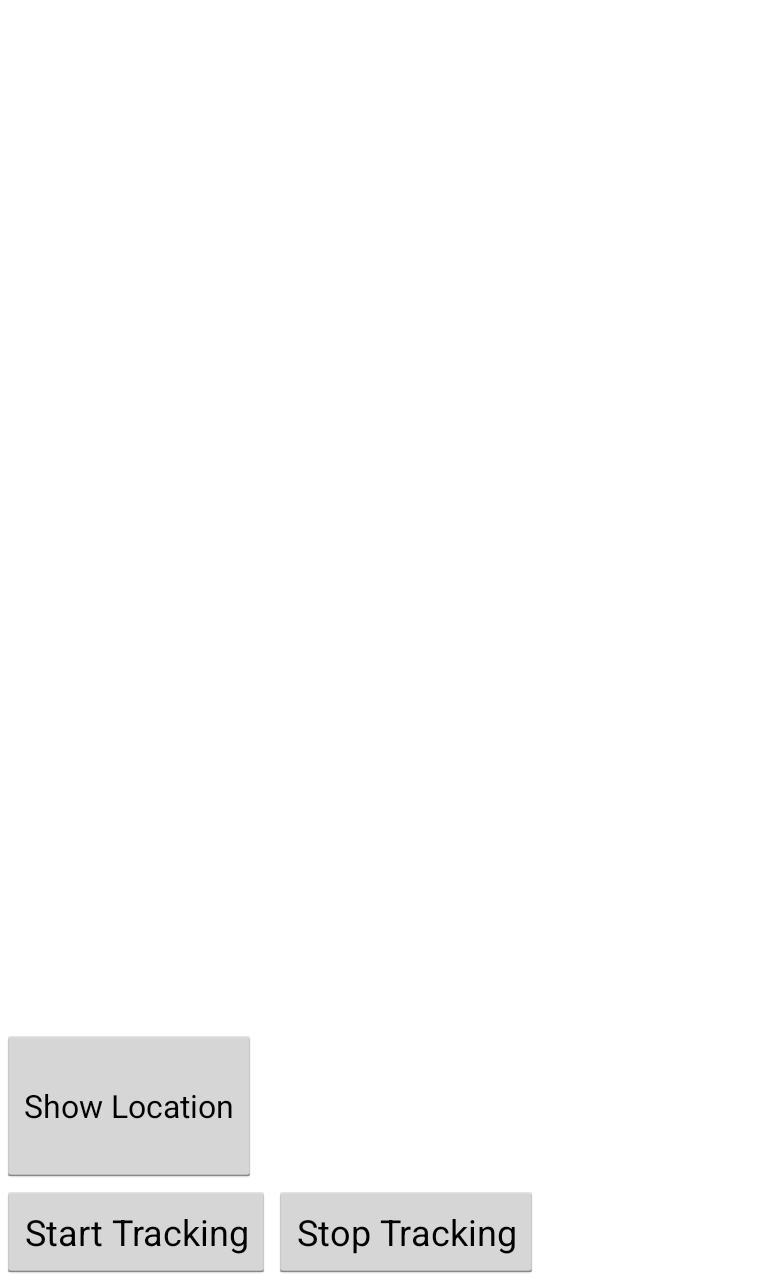
Repository: Jonieye/gps-story
Layout: Workspace/com.joni.android.first/res/layout/activity_main.xml
An editor plug-in stored every save of this project. The layout is shown before and after the next save, followed by the edit.
It is drawn on a 768 x 1280 px phone screen (xhdpi) without system bars, with theme AppTheme; the app's code is not run.

Above is the layout before, as saved 2014-10-18 12:00:00.

### Workspace/com.joni.android.first/res/layout/activity_main.xml
<TableLayout xmlns:android="http://schemas.android.com/apk/res/android"
    android:id="@+id/TableLayout1"
    android:layout_width="fill_parent"
    android:layout_height="fill_parent" >

    <TextView
        android:id="@+id/textView1"
        android:layout_width="fill_parent"
        android:layout_height="fill_parent"
        android:layout_weight="0.85"
        android:text="" />

    <LinearLayout
        android:layout_width="wrap_content"
        android:layout_height="wrap_content"
        android:layout_gravity="bottom|center"
        android:orientation="vertical" >
	 	<Button
        	android:id="@+id/showLocation"
            style="@style/AppTheme"
            android:layout_width="wrap_content"
            android:layout_height="78dp"
            android:text="Show Location" />

        <LinearLayout
            android:layout_width="wrap_content"
            android:layout_height="wrap_content" >

            <Button
                android:id="@+id/startLocation"
                android:layout_width="wrap_content"
                android:layout_height="wrap_content"
                android:minWidth="50dip"
                android:text="Start Tracking" />

            <Button
                android:id="@+id/stopLocation"
                android:layout_width="wrap_content"
                android:layout_height="wrap_content"
                android:text="Stop Tracking" />
        </LinearLayout>
    </LinearLayout>

</TableLayout>

Loaded but not shown: Workspace/com.joni.android.first/res/values/styles.xml (common file); Workspace/com.joni.android.first/res/values-v11/styles.xml (common file); Workspace/com.joni.android.first/res/values-v14/styles.xml (common file)

After the next save:
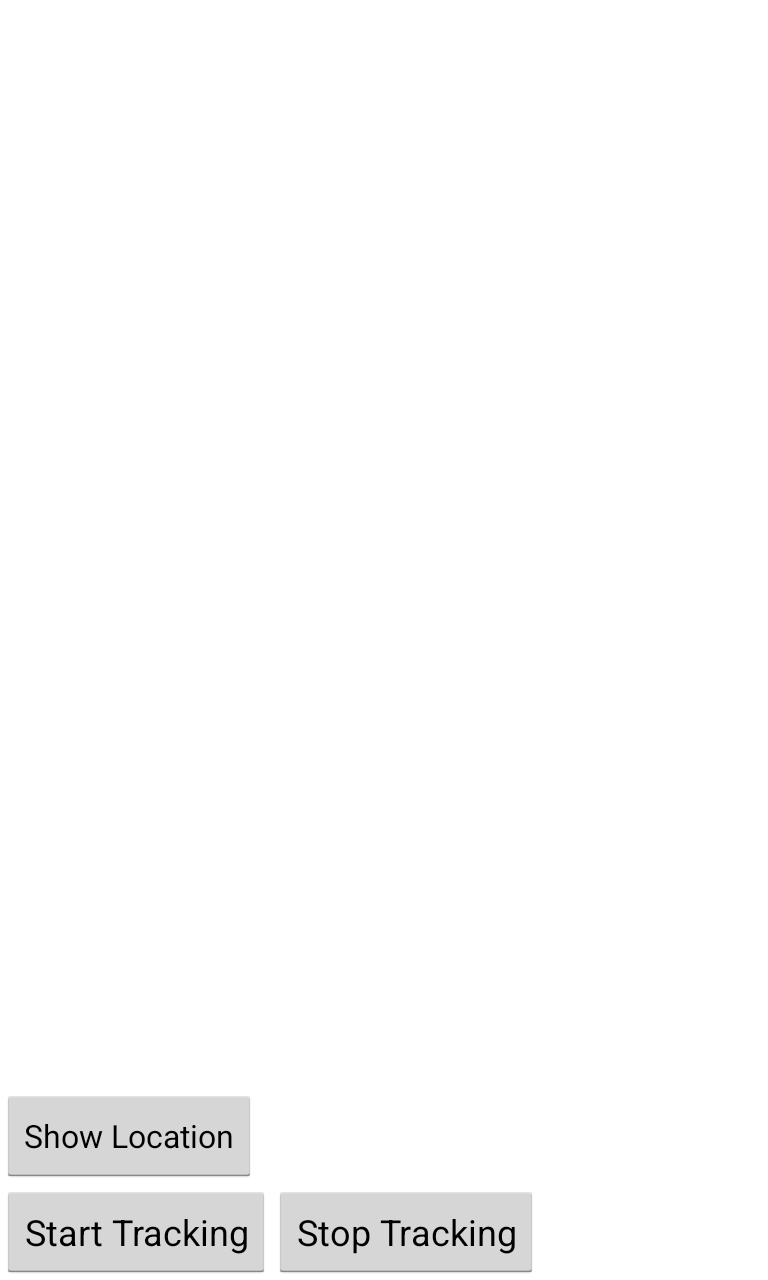
Saved 5 s later.
--- a/Workspace/com.joni.android.first/res/layout/activity_main.xml
+++ b/Workspace/com.joni.android.first/res/layout/activity_main.xml
@@ -19,7 +19,7 @@
         	android:id="@+id/showLocation"
             style="@style/AppTheme"
             android:layout_width="wrap_content"
-            android:layout_height="78dp"
+            android:layout_height="wrap_content"
             android:text="Show Location" />
 
         <LinearLayout
